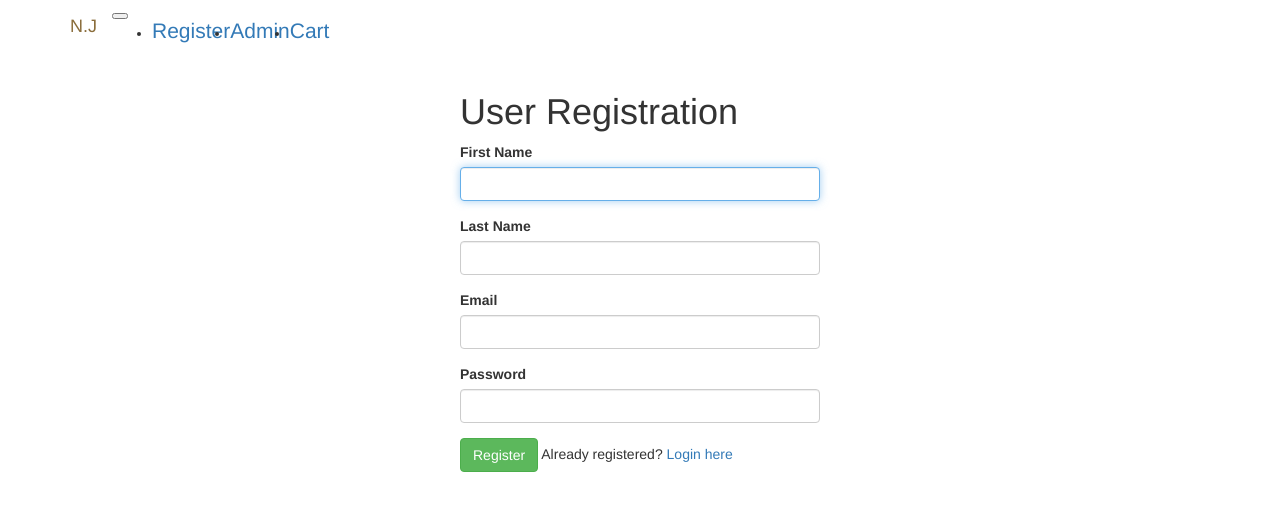
Repository: Niks4u2/SportyShoes
Page: http://localhost/registration
These files come from the project's save history. The page is drawn as it stood at one moment and after the next save; the edit follows.
The browser window is 1280 px wide. The pictures show the whole page.
Some web libraries are served in a nearby version. The page is this project's Thymeleaf template; nobody is signed in. The template is opened directly, without the code that normally fills it, so the values that code supplies are empty.

Above is the page before, as saved 2021-11-07 17:26:16.

After the next save:
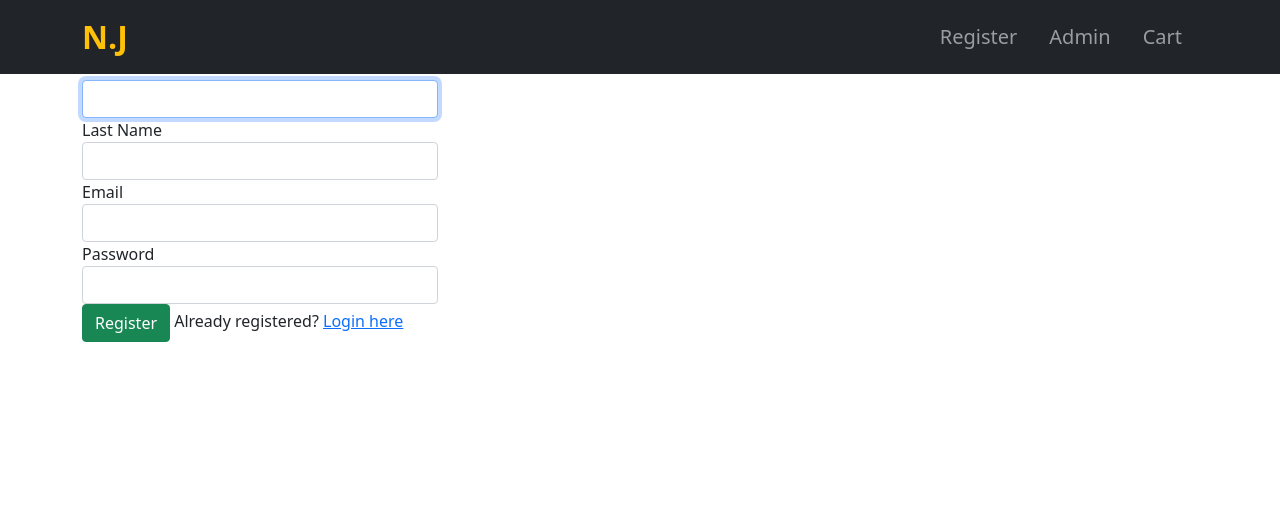
Saved 74 s later.
--- a/Source Code/sporty-shoes/src/main/resources/templates/registration.html
+++ b/Source Code/sporty-shoes/src/main/resources/templates/registration.html
@@ -3,10 +3,18 @@
 <head>
 <meta charset="ISO-8859-1">
 <title>Registration</title>
-<link rel="stylesheet"
-	href="https://maxcdn.bootstrapcdn.com/bootstrap/3.3.7/css/bootstrap.min.css"
-	integrity="sha384-BVYiiSIFeK1dGmJRAkycuHAHRg32OmUcww7on3RYdg4Va+PmSTsz/K68vbdEjh4u"
-	crossorigin="anonymous">
+    <link rel="stylesheet" href="https://cdnjs.cloudflare.com/ajax/libs/animate.css/4.1.1/animate.min.css" />
+    <link href="https://cdn.jsdelivr.net/npm/bootstrap@5.0.2/dist/css/bootstrap.min.css" rel="stylesheet"
+        integrity="sha384-EVSTQN3/azprG1Anm3QDgpJLIm9Nao0Yz1ztcQTwFspd3yD65VohhpuuCOmLASjC" crossorigin="anonymous">
+    <script src="https://cdn.jsdelivr.net/npm/bootstrap@5.0.2/dist/js/bootstrap.bundle.min.js"
+        integrity="sha384-MrcW6ZMFYlzcLA8Nl+NtUVF0sA7MsXsP1UyJoMp4YLEuNSfAP+JcXn/tWtIaxVXM"
+        crossorigin="anonymous"></script>
+    <script src="https://kit.fontawesome.com/92e9dde9ec.js" crossorigin="anonymous"></script>
+    <style>
+        html {
+    scroll-padding-top: 80px;
+    }
+    </style>
 </head>
 <body>
     <!-- Navbar -->
